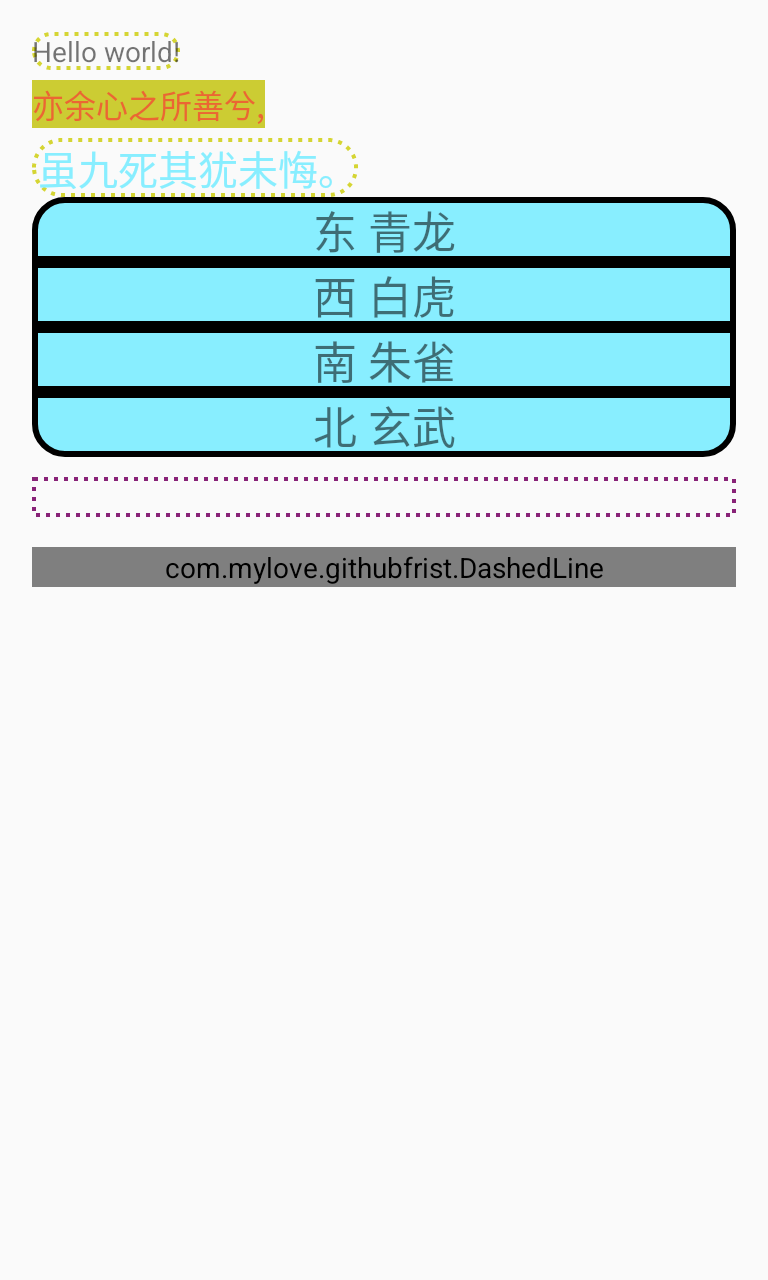
Repository: duhei/cici
Layout: GitHubFrist/res/layout/activity_main.xml
The author's editor kept a copy of each file at every save. The layout is drawn from the files as they stood at one save, then again after the next save.
Pictures or frames that could not be fetched are drawn as grey boxes. It is drawn on a 768 x 1280 px phone screen (xhdpi) without system bars, with theme AppTheme; the app's code is not run.

Above is the layout before, as saved 2015-07-10 09:33:14.

### GitHubFrist/res/layout/activity_main.xml
<LinearLayout xmlns:android="http://schemas.android.com/apk/res/android"
    xmlns:tools="http://schemas.android.com/tools"
    android:layout_width="match_parent"
    android:layout_height="match_parent"
    android:paddingBottom="@dimen/activity_vertical_margin"
    android:paddingLeft="@dimen/activity_horizontal_margin"
    android:paddingRight="@dimen/activity_horizontal_margin"
    android:paddingTop="@dimen/activity_vertical_margin"
    tools:context="com.mylove.githubfrist.MainActivity"
    android:orientation="vertical"
    >

    <TextView
        android:layout_width="wrap_content"
        android:layout_height="wrap_content"
        android:text="@string/hello_world"
        android:background="@drawable/corner_shape"
        />

    <TextView
        style="@style/warp_content"
        android:text="@string/lisao1"
        android:background="#FFCCCC33"
        android:textColor="#99FF2233"
        android:textSize="16dp"
        />

    <TextView
        style="@style/warp_textCol"
        android:layout_width="wrap_content"
        android:layout_height="wrap_content"
        android:background="@drawable/corner_shape"
        android:paddingLeft="3dp"
        android:text="@string/lisao2" />

    <TextView
        android:layout_width="match_parent"
        android:layout_height="wrap_content"
        android:background="@drawable/con_shape_top"
        android:text="@string/east"
        android:textSize="22dp"
        android:gravity="center"

        />

    <TextView
        android:layout_width="match_parent"
        android:layout_height="wrap_content"
        android:text="@string/west"
        android:textSize="22dp"
        android:gravity="center"
        android:background="@drawable/stroke_shape"
        />

    <TextView
        android:layout_width="match_parent"
        android:layout_height="wrap_content"
        android:text="@string/south"
        android:textSize="22dp"
        android:gravity="center"
        android:background="@drawable/stroke_shape"
        />

    <TextView
        android:layout_width="match_parent"
        android:layout_height="wrap_content"
        android:background="@drawable/con_shape_bottom"
        android:text="@string/nouth"
        android:textSize="22dp"
        android:gravity="center"
        />

    <TextView
       	android:layout_width="match_parent"
       	android:layout_height="20dp"
       	android:layout_marginTop="10dp"
       	android:background="@drawable/line_shape"
        />

    <ImageView
        android:layout_marginTop="15dp"
        android:layout_width="match_parent"
        android:layout_height="wrap_content"
        android:background="@drawable/line_shape"

        />

    <com.mylove.githubfrist.DashedLine
        android:layout_width="match_parent"
        android:layout_height="20dp"
        ></com.mylove.githubfrist.DashedLine>

</LinearLayout>

### GitHubFrist/res/values/strings.xml
<?xml version="1.0" encoding="utf-8"?>
<resources>

    <string name="app_name">GitHubFrist</string>
    <string name="hello_world">Hello world!</string>
    <string name="action_settings">Settings</string>

    <string name="lisao1">亦余心之所善兮,</string>
    <string name="lisao2">虽九死其犹未悔。</string>

    <string name="east">东 青龙</string>
    <string name="west">西 白虎</string>
    <string name="south">南 朱雀</string>
    <string name="nouth">北 玄武</string>
</resources>

### GitHubFrist/res/drawable-hdpi/corner_shape.xml
<?xml version="1.0" encoding="utf-8"?>
<shape xmlns:android="http://schemas.android.com/apk/res/android" >

    <corners android:radius="20dp"/>

    <stroke android:width="2dp"
        android:dashGap="3dp"
        android:dashWidth="2dp"
        android:color="#FFD5D533"/>

</shape>

### GitHubFrist/res/drawable-hdpi/con_shape_top.xml
<?xml version="1.0" encoding="utf-8"?>
<shape xmlns:android="http://schemas.android.com/apk/res/android" >

    <corners android:topLeftRadius="15dp"
        android:topRightRadius="15dp"
        android:bottomLeftRadius="0dp"
        android:bottomRightRadius="0dp"
        />

    <gradient android:startColor="#FF88EEFF"
        android:centerColor="#FF88EEFF"
        android:endColor="#FF88EEFF"/>

    <stroke android:width="3dp"
        android:color="#FF000000"/>

</shape>

### GitHubFrist/res/drawable-hdpi/stroke_shape.xml
<?xml version="1.0" encoding="utf-8"?>
<shape xmlns:android="http://schemas.android.com/apk/res/android" >

    <stroke
        android:width="3dp"
        android:color="#FF000000"
        />

    <gradient
        android:startColor="#FF88EEFF"
        android:endColor="#FF88EEFF"
        />

</shape>

### GitHubFrist/res/drawable-hdpi/con_shape_bottom.xml
<?xml version="1.0" encoding="utf-8"?>
<shape xmlns:android="http://schemas.android.com/apk/res/android"
    android:shape="rectangle">

    <corners android:topLeftRadius="0dp"
        android:topRightRadius="0dp"
        android:bottomLeftRadius="15dp"
        android:bottomRightRadius="15dp"
        />

    <gradient android:startColor="#FF88EEFF"
        android:centerColor="#FF88EEFF"
        android:endColor="#FF88EEFF"/>

    <stroke android:width="3dp"
        android:color="#FF000000"/>
</shape>

### GitHubFrist/res/drawable-hdpi/line_shape.xml
<?xml version="1.0" encoding="utf-8"?>
<shape xmlns:android="http://schemas.android.com/apk/res/android" >

    <stroke
        android:width="2dp"
        android:color="#FF882277"
        android:dashGap="3dp"
        android:dashWidth="2dp"
        />

</shape>

Loaded but not shown: GitHubFrist/res/values/styles.xml (common file); GitHubFrist/res/values-v11/styles.xml (common file); GitHubFrist/res/values-v14/styles.xml (common file); GitHubFrist/res/values/dimens.xml (common file); GitHubFrist/res/values-w820dp/dimens.xml (common file)

After the next save:
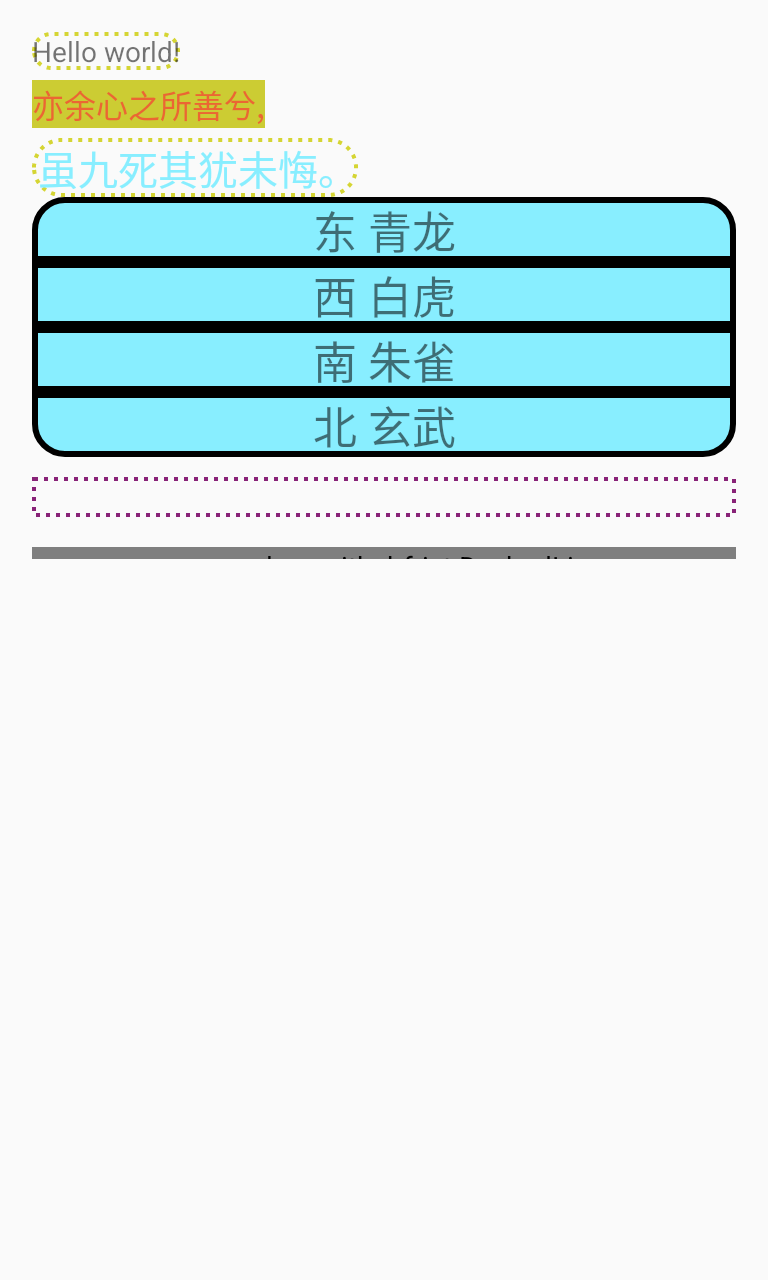
Saved 13 s later.
--- a/GitHubFrist/res/layout/activity_main.xml
+++ b/GitHubFrist/res/layout/activity_main.xml
@@ -87,7 +87,7 @@
 
     <com.mylove.githubfrist.DashedLine
         android:layout_width="match_parent"
-        android:layout_height="20dp"
+        android:layout_height="6dp"
         ></com.mylove.githubfrist.DashedLine>
 
 </LinearLayout>
